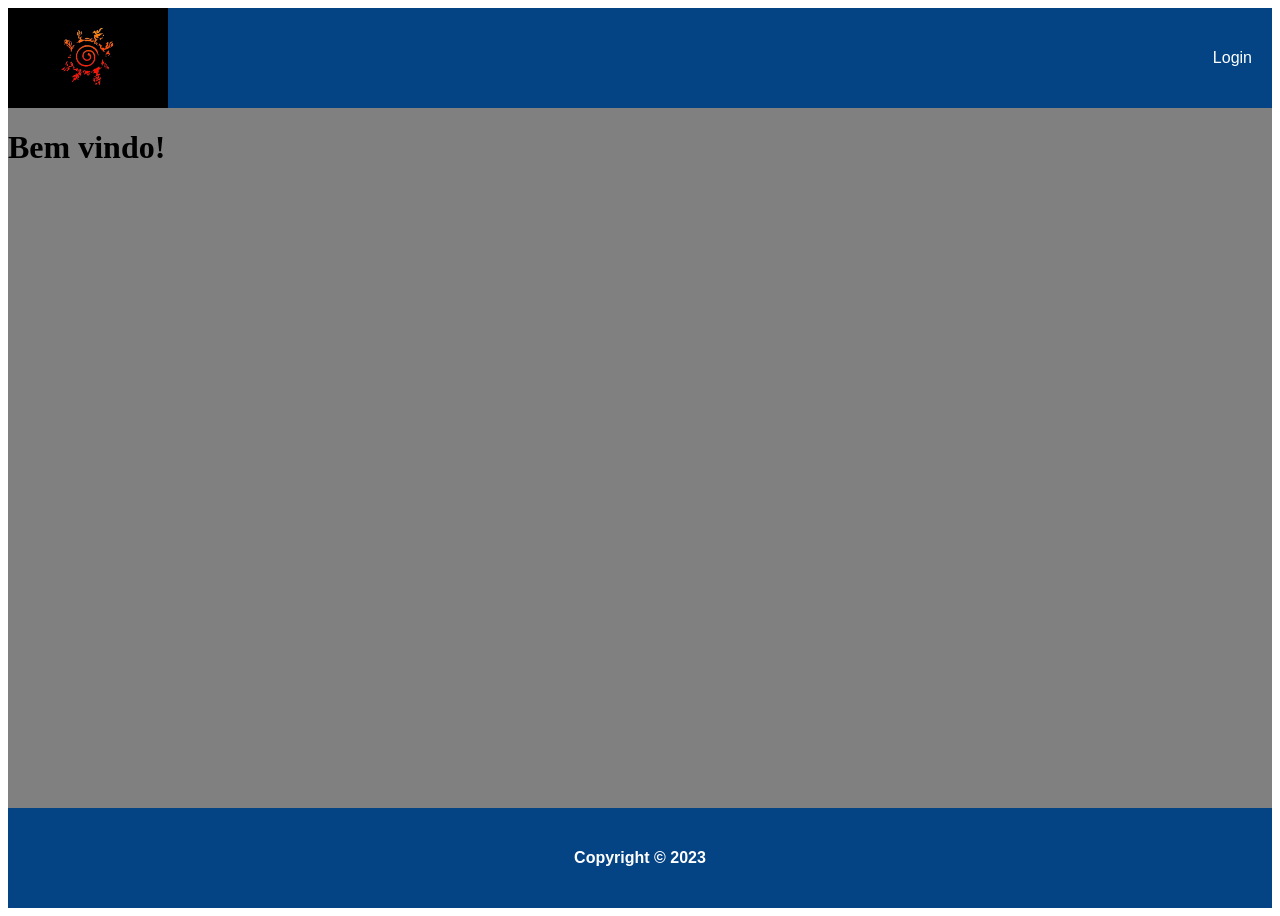
Repository: Jvmferreira/projeto-final-
Page: http://localhost/FinalWeb/home.jsp
These files come from the project's save history. The page is drawn as it stood at one moment and after the next save; the edit follows.
The browser window is 1280 px wide. The pictures show the whole page.
The page is served by Tomcat 9.

Above is the page before, as saved 2023-04-10 11:57:04.

After the next save:
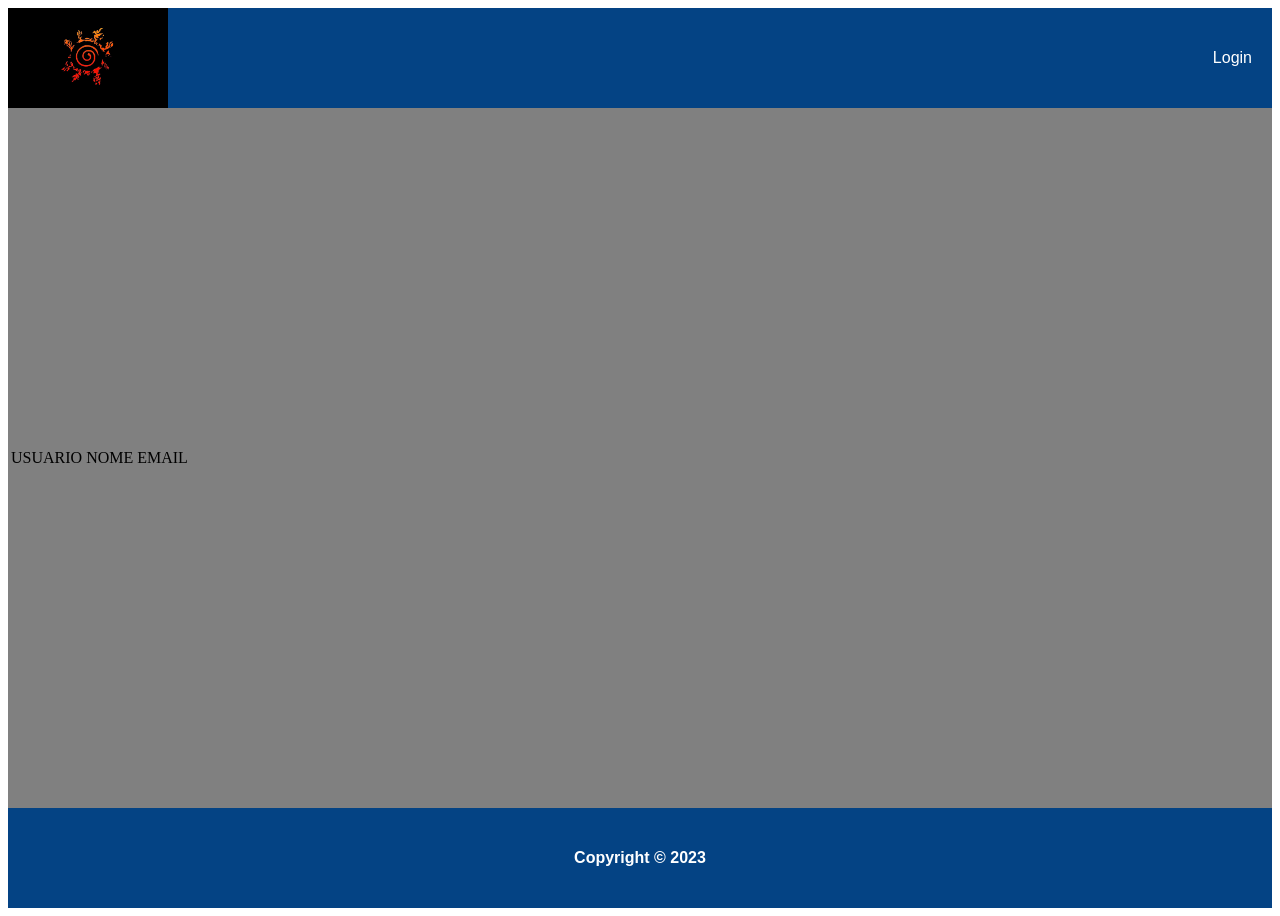
Saved 6 min 45 s later.
--- a/FinalWeb/src/main/webapp/home.jsp
+++ b/FinalWeb/src/main/webapp/home.jsp
@@ -13,7 +13,13 @@
 				<div id="menu">Login</div>
 			</div>
 			<div id="conteudo">
-				<h1>Bem vindo!</h1>
+				<table>
+				<tr>
+				 <td>USUARIO</td>
+        <td>NOME</td>
+        <td>EMAIL</td>
+        </tr>
+				</table>
 			</div>
 			<div id="rodape">Copyright &copy 2023</div>
 		</div>
